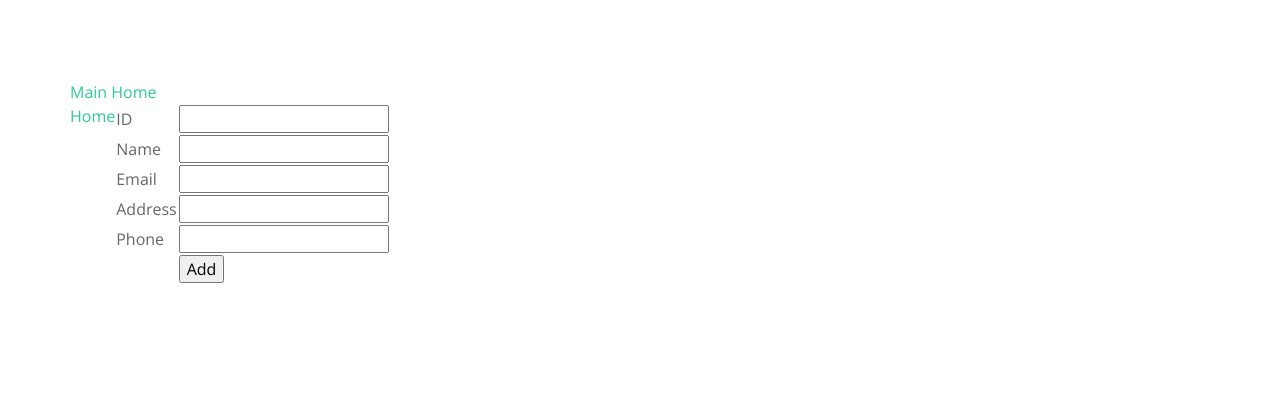
Repository: bhavrishi/Php_Internship_System
Page: http://localhost/ibis/admin/companies/add_cm.php
The author's editor kept a record of every edit. The page is drawn from the files as they stood at one moment, then again after the next edit.
The browser window is 1280 px wide. The pictures show the whole page.
The page is run by PHP 8.4 with error messages shown; the project is at /var/www/html/. The session is filled in as if someone had signed in: {"username": "testuser"}. Other server files are loaded and not shown.

Above is the page before.

### workspace/ibis/admin/companies/add_cm.php



<?php
//including the database connection file
include_once("config.php");

// Initialize the session
session_start();

// If session variable is not set it will redirect to login page
if(!isset($_SESSION['username']) || empty($_SESSION['username'])){
 header("location: ../login.php");
 exit;
}

//fetching data in descending order (lastest entry first)
//$result = mysql_query("SELECT * FROM users ORDER BY id DESC"); // mysql_query is deprecated
//$result = mysqli_query($mysqli, "SELECT * FROM companies ORDER BY company_id DESC"); // using mysqli_query instead
?>


<html>
<head>
	<title>View Companies</title>
		<meta charset="utf-8">
  <meta content="width=device-width, initial-scale=1.0" name="viewport">
  <meta content="" name="keywords">
  <meta content="" name="description">

  <!-- Favicons -->
  <link href="../../img/favicon.png" rel="icon">
  <link href="../..img/apple-touch-icon.png" rel="apple-touch-icon">

  <!-- Google Fonts -->
  <link href="https://fonts.googleapis.com/css?family=Open+Sans:300,300i,400,400i,700,700i|Poppins:300,400,500,700" rel="stylesheet">

  <!-- Bootstrap CSS File -->
  <link href="../../lib/bootstrap/css/bootstrap.min.css" rel="stylesheet">

  <!-- Libraries CSS Files -->
  <link href="../../lib/font-awesome/css/font-awesome.min.css" rel="stylesheet">
  <link href="../../lib/animate/animate.min.css" rel="stylesheet">

  <!-- Main Stylesheet File -->
  <link href="../../css/style.css" rel="stylesheet">
</head>

<body>
	<main id="main">

    <section id="about">
      <div class="container">
      	<div class="row">
      		<a href="/ibis"> Main Home</a>
      	</div>
        <div class="row about-container">

	<a href="index.php">Home</a>
	<br/><br/>

	<form action="add.php" method="post" name="form1">
		<table width="90%" border="0">
			<tr>
				<td>ID</td>
				<td><input type="text" name="company_id"></td>
			</tr>
				<tr>
				<td>Name</td>
				<td><input type="text" name="company_name"></td>
			</tr>
			<tr>
				<td>Email</td>
				<td><input type="text" name="company_email"></td>
			</tr>
			<tr>
				<td>Address</td>
				<td><input type="text" name="comapny_address"></td>
			</tr>
				<tr>
				<td>Phone</td>
				<td><input type="text" name="company_phone"></td>
			</tr>
			<tr>
				<td></td>
				<td><input type="submit" name="Submit" value="Add"></td>
			</tr>
		</table>
	</form>

	</main>
	</section>
	</div>
	</div>
</body>
</html>

### workspace/ibis/admin/companies/config.php
<?php
/*
// mysql_connect("database-host", "username", "password")
$conn = mysql_connect("localhost","root","root")
			or die("cannot connected");

// mysql_select_db("database-name", "connection-link-identifier")
@mysql_select_db("test",$conn);
*/

/**
 * mysql_connect is deprecated
 * using mysqli_connect instead
 */

$databaseHost = 'localhost';
$databaseName = 'Ibis';
$databaseUsername = 'sambuahin';
$databasePassword = '';

$mysqli = mysqli_connect($databaseHost, $databaseUsername, $databasePassword, $databaseName);

?>

### workspace/ibis/css/style.css
.wrapper{
  width: 300px;
  margin: auto;
}
/*--------------------------------------------------------------
# General
--------------------------------------------------------------*/


body {
  background: #fff;
  color: #666666;
  font-family: "Open Sans", sans-serif;
}
.con{
  width: 50%;
  margin: auto;
}
.mai{
  height: 100vh;
}
a {
  color: #2dc997;
}

a:hover, a:active, a:focus {
  color: #2dca98;
  outline: none;
  text-decoration: none;
}

p {
  padding: 0;
  margin: 0 0 30px 0;
}

h1, h2, h3, h4, h5, h6 {
  font-family: "Poppins", sans-serif;
  font-weight: 400;
  margin: 0 0 20px 0;
  padding: 0;
}

/* Prelaoder */
#preloader {
  position: fixed;
  left: 0;
  top: 0;
  z-index: 999;
  width: 100%;
  height: 100%;
  overflow: visible;
  background: #fff url("../img/preloader.svg") no-repeat center center;
}

/* Back to top button */
.back-to-top {
  position: fixed;
  display: none;
  background: rgba(0, 0, 0, 0.2);
  color: #fff;
  padding: 6px 12px 9px 12px;
  font-size: 16px;
  border-radius: 2px;
  right: 15px;
  bottom: 15px;
  transition: background 0.5s;
}

@media (max-width: 768px) {
  .back-to-top {
    bottom: 15px;
  }
}

.back-to-top:focus {
  background: rgba(0, 0, 0, 0.2);
  color: #fff;
  outline: none;
}

.back-to-top:hover {
  background: #2dc997;
  color: #fff;
}

/*--------------------------------------------------------------
# Header
--------------------------------------------------------------*/
#header {
  padding: 30px 0;
  height: 92px;
  position: fixed;
  left: 0;
  top: 0;
  right: 0;
  transition: all 0.5s;
  z-index: 997;
}

#header #logo {
  float: left;
}

#header #logo h1 {
  font-size: 36px;
  margin: 0;
  padding: 6px 0;
  line-height: 1;
  font-family: "Poppins", sans-serif;
  font-weight: 700;
  letter-spacing: 3px;
  text-transform: uppercase;
}

#header #logo h1 a, #header #logo h1 a:hover {
  color: #fff;
}

#header #logo img {
  padding: 0;
  margin: 0;
}

@media (max-width: 768px) {
  #header #logo h1 {
    font-size: 26px;
  }
  #header #logo img {
    max-height: 40px;
  }
}

#header.header-fixed {
  background: rgba(52, 59, 64, 0.9);
  padding: 20px 0;
  height: 72px;
  transition: all 0.5s;
}

/*--------------------------------------------------------------
# Hero Section
--------------------------------------------------------------*/
#hero {
  display: table;
  width: 100%;
  height: 100vh;
  background: url(../img/hero-bg.jpg) top center fixed;
  background-size: cover;
}

#hero .hero-container {
  background: rgba(0, 0, 0, 0.6);
  display: table-cell;
  margin: 0;
  padding: 0 10px;
  text-align: center;
  vertical-align: middle;
}

#hero h1 {
  margin: 30px 0 10px 0;
  font-size: 48px;
  font-weight: 700;
  line-height: 56px;
  text-transform: uppercase;
  color: #fff;
}

@media (max-width: 768px) {
  #hero h1 {
    font-size: 28px;
    line-height: 36px;
  }
}

#hero h2 {
  color: #eee;
  margin-bottom: 50px;
  font-size: 24px;
}

@media (max-width: 768px) {
  #hero h2 {
    font-size: 18px;
    line-height: 24px;
    margin-bottom: 30px;
  }
}

#hero .btn-get-started {
  font-family: "Poppins", sans-serif;
  text-transform: uppercase;
  font-weight: 500;
  font-size: 16px;
  letter-spacing: 1px;
  display: inline-block;
  padding: 8px 28px;
  border-radius: 50px;
  transition: 0.5s;
  margin: 10px;
  border: 2px solid #fff;
  color: #fff;
}

#hero .btn-get-started:hover {
  background: #2dc997;
  border: 2px solid #2dc997;
}

/*--------------------------------------------------------------
# Navigation Menu
--------------------------------------------------------------*/
/* Nav Menu Essentials */
.nav-menu, .nav-menu * {
  margin: 0;
  padding: 0;
  list-style: none;
}

.nav-menu ul {
  position: absolute;
  display: none;
  top: 100%;
  left: 0;
  z-index: 99;
}

.nav-menu li {
  position: relative;
  white-space: nowrap;
}

.nav-menu > li {
  float: left;
}

.nav-menu li:hover > ul,
.nav-menu li.sfHover > ul {
  display: block;
}

.nav-menu ul ul {
  top: 0;
  left: 100%;
}

.nav-menu ul li {
  min-width: 180px;
}

/* Nav Menu Arrows */
.sf-arrows .sf-with-ul {
  padding-right: 30px;
}

.sf-arrows .sf-with-ul:after {
  content: "\f107";
  position: absolute;
  right: 15px;
  font-family: FontAwesome;
  font-style: normal;
  font-weight: normal;
}

.sf-arrows ul .sf-with-ul:after {
  content: "\f105";
}

/* Nav Meu Container */
#nav-menu-container {
  float: right;
  margin: 0;
}

@media (max-width: 768px) {
  #nav-menu-container {
    display: none;
  }
}

/* Nav Meu Styling */
.nav-menu a {
  padding: 0 8px 10px 8px;
  text-decoration: none;
  display: inline-block;
  color: #fff;
  font-family: "Poppins", sans-serif;
  font-weight: 400;
  text-transform: uppercase;
  font-size: 13px;
  outline: none;
}

.nav-menu > li {
  margin-left: 10px;
}

.nav-menu > li > a:before {
  content: "";
  position: absolute;
  width: 100%;
  height: 2px;
  bottom: 0;
  left: 0;
  background-color: #2dc997;
  visibility: hidden;
  -webkit-transform: scaleX(0);
  transform: scaleX(0);
  -webkit-transition: all 0.3s ease-in-out 0s;
  transition: all 0.3s ease-in-out 0s;
}

.nav-menu a:hover:before, .nav-menu li:hover > a:before, .nav-menu .menu-active > a:before {
  visibility: visible;
  -webkit-transform: scaleX(1);
  transform: scaleX(1);
}

.nav-menu ul {
  margin: 4px 0 0 0;
  border: 1px solid #e7e7e7;
}

.nav-menu ul li {
  background: #fff;
}

.nav-menu ul li:first-child {
  border-top: 0;
}

.nav-menu ul li a {
  padding: 10px;
  color: #333;
  transition: 0.3s;
  display: block;
  font-size: 13px;
  text-transform: none;
}

.nav-menu ul li a:hover {
  background: #2dc997;
  color: #fff;
}

.nav-menu ul ul {
  margin: 0;
}

/* Mobile Nav Toggle */
#mobile-nav-toggle {
  position: fixed;
  right: 0;
  top: 0;
  z-index: 999;
  margin: 20px 20px 0 0;
  border: 0;
  background: none;
  font-size: 24px;
  display: none;
  transition: all 0.4s;
  outline: none;
  cursor: pointer;
}

#mobile-nav-toggle i {
  color: #fff;
}

@media (max-width: 768px) {
  #mobile-nav-toggle {
    display: inline;
  }
}

/* Mobile Nav Styling */
#mobile-nav {
  position: fixed;
  top: 0;
  padding-top: 18px;
  bottom: 0;
  z-index: 998;
  background: rgba(52, 59, 64, 0.9);
  left: -260px;
  width: 260px;
  overflow-y: auto;
  transition: 0.4s;
}

#mobile-nav ul {
  padding: 0;
  margin: 0;
  list-style: none;
}

#mobile-nav ul li {
  position: relative;
}

#mobile-nav ul li a {
  color: #fff;
  font-size: 16px;
  overflow: hidden;
  padding: 10px 22px 10px 15px;
  position: relative;
  text-decoration: none;
  width: 100%;
  display: block;
  outline: none;
}

#mobile-nav ul li a:hover {
  color: #fff;
}

#mobile-nav ul li li {
  padding-left: 30px;
}

#mobile-nav ul .menu-has-children i {
  position: absolute;
  right: 0;
  z-index: 99;
  padding: 15px;
  cursor: pointer;
  color: #fff;
}

#mobile-nav ul .menu-has-children i.fa-chevron-up {
  color: #2dc997;
}

#mobile-nav ul .menu-item-active {
  color: #2dc997;
}

#mobile-body-overly {
  width: 100%;
  height: 100%;
  z-index: 997;
  top: 0;
  left: 0;
  position: fixed;
  background: rgba(52, 59, 64, 0.9);
  display: none;
}

/* Mobile Nav body classes */
body.mobile-nav-active {
  overflow: hidden;
}

body.mobile-nav-active #mobile-nav {
  left: 0;
}

body.mobile-nav-active #mobile-nav-toggle {
  color: #fff;
}

/*--------------------------------------------------------------
# Sections
--------------------------------------------------------------*/
/* Sections Header
--------------------------------*/
.section-header .section-title {
  font-size: 32px;
  color: #111;
  text-transform: uppercase;
  text-align: center;
  font-weight: 700;
  margin-bottom: 5px;
}

.section-header .section-description {
  text-align: center;
  padding-bottom: 40px;
  color: #999;
}

/* About Us Section
--------------------------------*/
#about {
  background: #fff;
  padding: 80px 0;
}

#about .about-container .background {
  min-height: 300px;
  background: url(../img/about-img.jpg) center top no-repeat;
  margin-bottom: 10px;
}

#about .about-container .content {
  background: #fff;
}

#about .about-container .title {
  color: #333;
  font-weight: 700;
  font-size: 32px;
}

@media (max-width: 768px) {
  #about .about-container .title {
    padding-top: 15px;
  }
}

#about .about-container p {
  line-height: 26px;
}

#about .about-container p:last-child {
  margin-bottom: 0;
}

#about .about-container .icon-box {
  background: #fff;
  background-size: cover;
  padding: 0 0 30px 0;
}

#about .about-container .icon-box .icon {
  float: left;
  background: #fff;
  padding: 16px;
  border-radius: 50%;
  border: 2px solid #2dc997;
}

#about .about-container .icon-box .icon i {
  color: #2dc997;
  font-size: 24px;
}

#about .about-container .icon-box .title {
  margin-left: 80px;
  font-weight: 500;
  margin-bottom: 5px;
  font-size: 18px;
  text-transform: uppercase;
}

#about .about-container .icon-box .title a {
  color: #111;
}

#about .about-container .icon-box .description {
  margin-left: 80px;
  line-height: 24px;
  font-size: 14px;
}

/* Facts Section
--------------------------------*/
#facts {
  background: #f7f7f7;
  padding: 80px 0 60px 0;
}

#facts .counters span {
  font-size: 48px;
  display: block;
  color: #2dc997;
}

#facts .counters p {
  padding: 0;
  margin: 0 0 20px 0;
  font-family: "Poppins", sans-serif;
  font-size: 14px;
}

/* Services Section
--------------------------------*/
#services {
  background: #fff;
  background-size: cover;
  padding: 80px 0 60px 0;
}

#services .box {
  padding: 50px 20px;
  margin-bottom: 50px;
  text-align: center;
  border: 1px solid #e6e6e6;
  height: 200px;
  position: relative;
  background: #fafafa;
}

#services .icon {
  position: absolute;
  top: -36px;
  left: calc(50% - 36px);
  transition: 0.2s;
  border-radius: 50%;
  display: inline-block;
  border: 6px solid #fff;
}

#services .icon a {
  display: inline-block;
  background: #2dc997;
  border: 2px solid #2dc997;
  padding: 16px;
  border-radius: 50%;
  transition: 0.3s;
}

#services .icon i {
  color: #fff;
  font-size: 24px;
}

#services .box:hover .icon i {
  color: #2dc997;
}

#services .box:hover .icon a {
  color: #2dc997;
  background: #fff;
}

#services .title {
  font-weight: 700;
  font-size: 18px;
  margin-bottom: 15px;
  text-transform: uppercase;
}

#services .title a {
  color: #111;
}

#services .description {
  font-size: 14px;
  line-height: 24px;
}

/* Call To Action Section
--------------------------------*/
#call-to-action {
  background: linear-gradient(rgba(0, 0, 0, 0.6), rgba(0, 0, 0, 0.6)), url(../img/call-to-action-bg.jpg) fixed center center;
  background-size: cover;
  padding: 80px 0;
}

#call-to-action .cta-title {
  color: #fff;
  font-size: 28px;
  font-weight: 700;
}

#call-to-action .cta-text {
  color: #fff;
}

@media (min-width: 769px) {
  #call-to-action .cta-btn-container {
    display: flex;
    align-items: center;
    justify-content: flex-end;
  }
}

#call-to-action .cta-btn {
  font-family: "Poppins", sans-serif;
  text-transform: uppercase;
  font-weight: 500;
  font-size: 16px;
  letter-spacing: 1px;
  display: inline-block;
  padding: 8px 30px;
  border-radius: 50px;
  transition: 0.5s;
  margin: 10px;
  border: 2px solid #fff;
  color: #fff;
}

#call-to-action .cta-btn:hover {
  background: #2dc997;
  border: 2px solid #2dc997;
}

/* Portfolio Section
--------------------------------*/
#portfolio {
  background: #f7f7f7;
  padding: 80px 0;
}

#portfolio #portfolio-wrapper {
  padding-right: 15px;
}

#portfolio #portfolio-flters {
  padding: 0;
  margin: 0 0 45px 0;
  list-style: none;
  text-align: center;
}

#portfolio #portfolio-flters li {
  cursor: pointer;
  margin: 0 10px;
  display: inline-block;
  padding: 10px 22px;
  font-size: 12px;
  line-height: 20px;
  color: #666666;
  border-radius: 4px;
  text-transform: uppercase;
  background: #fff;
  margin-bottom: 5px;
  transition: all 0.3s ease-in-out;
}

#portfolio #portfolio-flters li:hover, #portfolio #portfolio-flters li.filter-active {
  background: #2dc997;
  color: #fff;
}

#portfolio .portfolio-item {
  position: relative;
  height: 200px;
  overflow: hidden !important;
  margin-bottom: 15px;
  transition: all 350ms ease;
  transform: scale(1);
}

#portfolio .portfolio-item a {
  display: block;
  margin-right: 15px;
}

#portfolio .portfolio-item img {
  position: relative;
  top: 0;
  transition: all 600ms cubic-bezier(0.645, 0.045, 0.355, 1);
}

#portfolio .portfolio-item .details {
  height: 50px;
  background: #2dc997;
  position: absolute;
  width: 100%;
  height: 50px;
  bottom: -50px;
  transition: all 300ms cubic-bezier(0.645, 0.045, 0.355, 1);
}

#portfolio .portfolio-item .details h4 {
  font-size: 14px;
  font-weight: 700;
  color: #fff;
  padding: 8px 0 2px 8px;
  margin: 0;
}

#portfolio .portfolio-item .details span {
  display: block;
  color: #fff;
  font-size: 13px;
  padding-left: 8px;
}

#portfolio .portfolio-item:hover .details {
  bottom: 0;
}

#portfolio .portfolio-item:hover img {
  top: -30px;
}

/* Team Section
--------------------------------*/
#team {
  background: #fff;
  padding: 80px 0 60px 0;
}

#team .member {
  text-align: center;
  margin-bottom: 20px;
}

#team .member .pic {
  margin-bottom: 15px;
  overflow: hidden;
  height: 260px;
}

#team .member .pic img {
  max-width: 100%;
}

#team .member h4 {
  font-weight: 700;
  margin-bottom: 2px;
  font-size: 18px;
}

#team .member span {
  font-style: italic;
  display: block;
  font-size: 13px;
}

#team .member .social {
  margin-top: 15px;
}

#team .member .social a {
  color: #b3b3b3;
}

#team .member .social a:hover {
  color: #2dc997;
}

#team .member .social i {
  font-size: 18px;
  margin: 0 2px;
}

/* Contact Section
--------------------------------*/
#contact {
  background: #f7f7f7;
  padding: 80px 0 40px 0;
}

#contact #google-map {
  height: 300px;
  margin-bottom: 70px;
}

#contact .info {
  color: #333333;
}

#contact .info i {
  font-size: 32px;
  color: #2dc997;
  float: left;
}

#contact .info p {
  padding: 0 0 10px 50px;
  margin-bottom: 20px;
  line-height: 22px;
  font-size: 14px;
}

#contact .info .email p {
  padding-top: 5px;
}

#contact .social-links {
  padding-bottom: 20px;
}

#contact .social-links a {
  font-size: 18px;
  display: inline-block;
  background: #333;
  color: #fff;
  line-height: 1;
  padding: 8px 0;
  border-radius: 50%;
  text-align: center;
  width: 36px;
  height: 36px;
  transition: 0.3s;
}

#contact .social-links a:hover {
  background: #2dc997;
  color: #fff;
}

#contact .form #sendmessage {
  color: #2dc997;
  border: 1px solid #2dc997;
  display: none;
  text-align: center;
  padding: 15px;
  font-weight: 600;
  margin-bottom: 15px;
}

#contact .form #errormessage {
  color: red;
  display: none;
  border: 1px solid red;
  text-align: center;
  padding: 15px;
  font-weight: 600;
  margin-bottom: 15px;
}

#contact .form #sendmessage.show, #contact .form #errormessage.show, #contact .form .show {
  display: block;
}

#contact .form .validation {
  color: red;
  display: none;
  margin: 0 0 20px;
  font-weight: 400;
  font-size: 13px;
}

#contact .form input, #contact .form textarea {
  border-radius: 0;
  box-shadow: none;
  font-size: 14px;
}

#contact .form button[type="submit"] {
  background: #2dc997;
  border: 0;
  padding: 10px 24px;
  color: #fff;
  transition: 0.4s;
}

#contact .form button[type="submit"]:hover {
  background: #51d8ad;
}

/*--------------------------------------------------------------
# Footer
--------------------------------------------------------------*/
#footer {
  background: #343b40;
  padding: 30px 0;
  color: #fff;
  font-size: 14px;
}

#footer .copyright {
  text-align: center;
}

#footer .credits {
  padding-top: 10px;
  text-align: center;
  font-size: 13px;
  color: #ccc;
}

Loaded but not shown: workspace/ibis/lib/bootstrap/css/bootstrap.min.css (library); workspace/ibis/lib/font-awesome/css/font-awesome.min.css (library); workspace/ibis/lib/animate/animate.min.css (library); workspace/ibis/admin/style.css (966 lines, source omitted)

After the next edit:
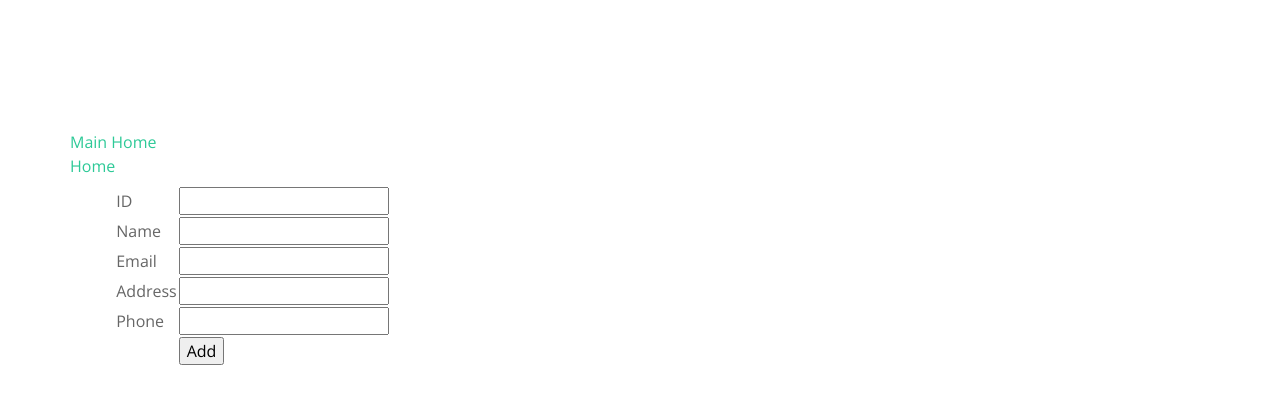
The edit:
--- a/workspace/ibis/admin/companies/add_cm.php
+++ b/workspace/ibis/admin/companies/add_cm.php
@@ -43,7 +43,7 @@
   <link href="../../lib/animate/animate.min.css" rel="stylesheet">
 
   <!-- Main Stylesheet File -->
-  <link href="../../css/style.css" rel="stylesheet">
+  <link href="../style.css" rel="stylesheet">
 </head>
 
 <body>
